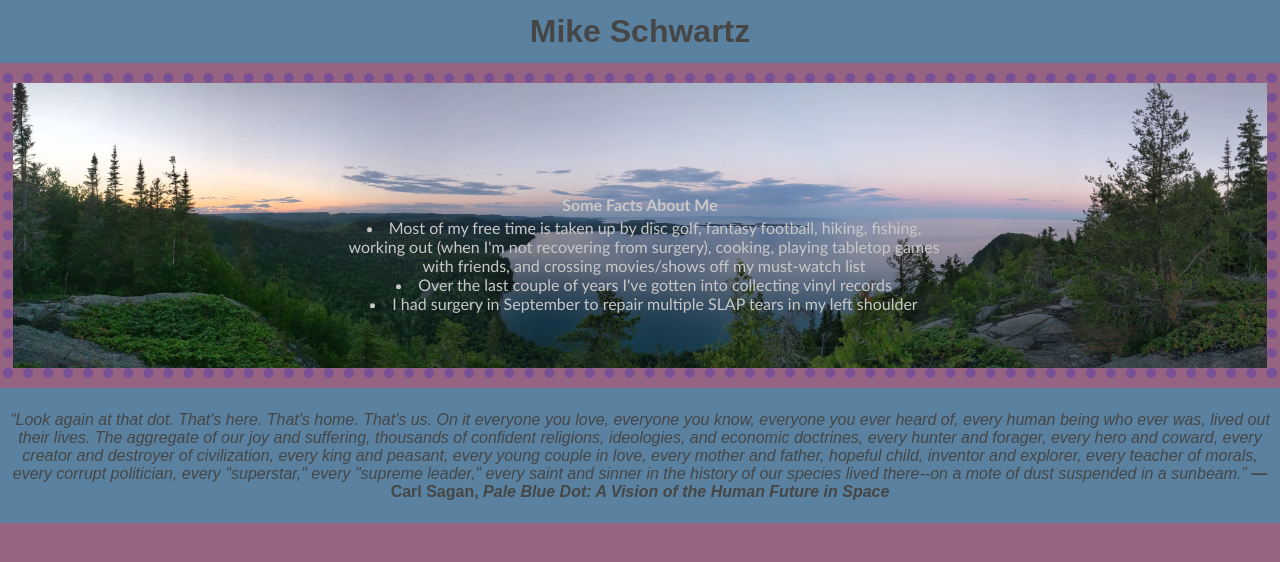
Repository: Ellusionism/prime-pw-week-1-assignment
Page: assignment/index.html
An editor plug-in stored every save of this project. The page is shown before and after the next save, followed by the edit.
The browser window is 1280 px wide. The pictures show the whole page.

Above is the page before, as saved 2022-10-26 18:01:42.

### assignment/index.html
<!DOCTYPE html>
<html>
<head>
    <meta charset="utf-8" />
    <meta http-equiv="X-UA-Compatible" content="IE=edge">
    <!-- Change the <title> from "Page Title" to "Hello World" -->
    <title>Hello World</title>
    <meta name="viewport" content="width=device-width, initial-scale=1">
    <script type="text/javascript" src="helloWorld.js"></script>

    <link rel="stylesheet" type="text/css" media="screen" href="style.css" />
</head>
<body>
    <!-- Create a header element  -->

    <!-- Inside the header, add an <h1> element containing your name -->

    <header>
        <h1 class="name">Mike Schwartz</h1>
    </header>

    <!-- Include an image -->

    <!-- Create an unordered list with 3 list items of fun facts about you -->

    <div class="container">
        <img src="images/mtjosephine.jpg" alt="Mount Josephine summit view" class="img">
        <h4 class="facts">Some Facts About Me</h4>
        <ul class="facts-list">
            <li>Most of my free time is taken up by disc golf, fantasy football, hiking, fishing, working out (when I'm not recovering from surgery), cooking, playing tabletop games with friends, and crossing movies/shows off my must-watch list</li>
            <li>Over the last couple of years I've gotten into collecting vinyl records</li>
            <li>I had surgery in September to repair multiple SLAP tears in my left shoulder</li>
        </ul>
    </div>

    <!-- Create a footer element -->
    <footer class="fav-quote">
        <p>“Look again at that dot. That's here. That's home. That's us. On it everyone you love, everyone you know, everyone you ever heard of, every human being who ever was, lived out their lives. The aggregate of our joy and suffering, thousands of confident religions, ideologies, and economic doctrines, every hunter and forager, every hero and coward, every creator and destroyer of civilization, every king and peasant, every young couple in love, every mother and father, hopeful child, inventor and explorer, every teacher of morals, every corrupt politician, every "superstar," every "supreme leader," every saint and sinner in the history of our species lived there--on a mote of dust suspended in a sunbeam.”
            <span class="cite">― Carl Sagan,</span><span class="cite-book"> Pale Blue Dot: A Vision of the Human Future in Space</span></p>
    </footer>
    <!-- Inside your footer, put a <p> element with your favorite quote -->
</body>
</html>

### assignment/style.css
/* Give your page a fun background color */
body {
 background-color: rgb(150, 100, 130);
 margin: 0;
 font-family: Arial, Helvetica, sans-serif;
}
/* Make the header and footer a different color from the background */
header {
 background-color: rgb(90, 130, 160);
 margin: 0 0 10px;
 padding: 1%;
}
/* Align the h1 containing your name in the center of the header*/
.name {
 color:rgb(70, 70, 70);
 text-align: center;
 margin: 0;
}
/* Make your p tag a different color and italic */
.fav-quote {
 background-color:rgb(90,130,160);
 margin: 10px 0 0;
 padding: 0.5%;
 color: rgb(70, 70, 70);
 font-style: italic;
 text-align: center;
}

.cite {
 font-style: normal;
 font-weight: bold;
}

.cite-book {
 font-weight: bold;
}
/* Put a border around your image */
.img {
 border: 10px dotted  rgb(120, 80, 150);
 padding: 0;
 display: block;
 margin: auto;
 max-height: 100%;
 max-width: 98%;
}
/* Change the font-family of your list */
.facts {
 color: rgb(200, 200, 200);
 font-family:'Gill Sans', 'Gill Sans MT', Calibri, 'Trebuchet MS', sans-serif;
 position: absolute;
 top: 50%;
 left: 50%;
 transform: translate(-50%, -275%);
}

.facts-list {
 color: rgb(200,200,200);
 font-family:'Gill Sans', 'Gill Sans MT', Calibri, 'Trebuchet MS', sans-serif;
 position: absolute;
 top: 50%;
 left: 50%;
 transform: translate(-52.5%, -25%);
 list-style-position: inside;
 display: flex;
 flex-direction: column;
 align-items: center;
}

 .container {
  position: relative;
  text-align: center;
 }

Loaded but not shown: assignment/helloWorld.js (common file)

After the next save:
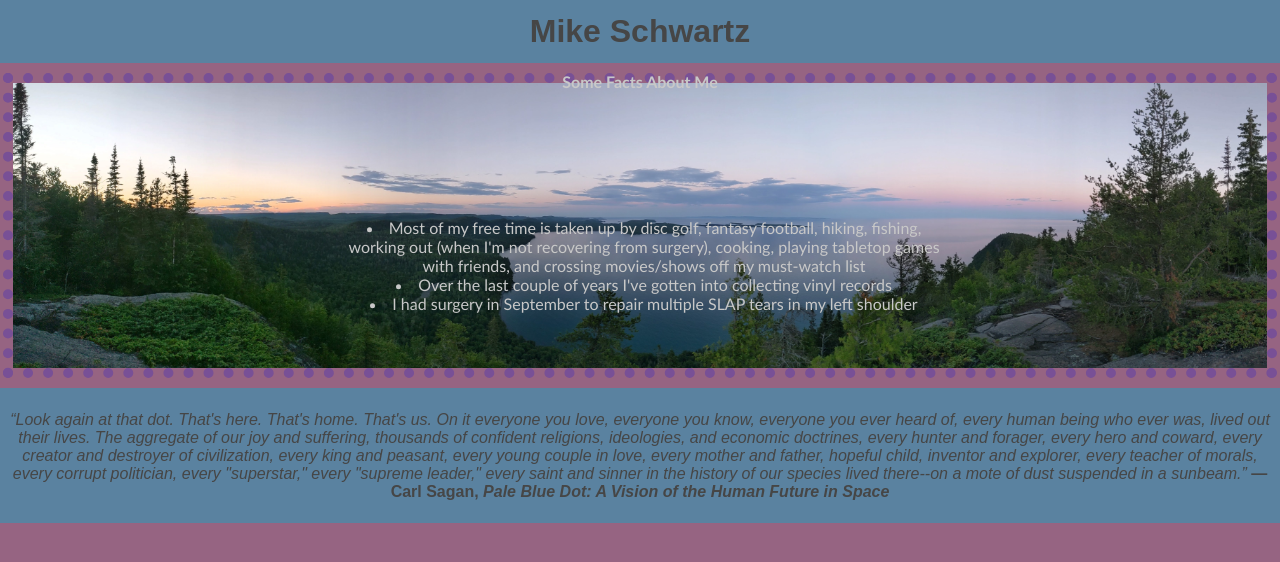
Saved 50 s later.
--- a/assignment/style.css
+++ b/assignment/style.css
@@ -48,7 +48,7 @@ header {
  color: rgb(200, 200, 200);
  font-family:'Gill Sans', 'Gill Sans MT', Calibri, 'Trebuchet MS', sans-serif;
  position: absolute;
- top: 50%;
+ top: 10%;
  left: 50%;
  transform: translate(-50%, -275%);
 }
